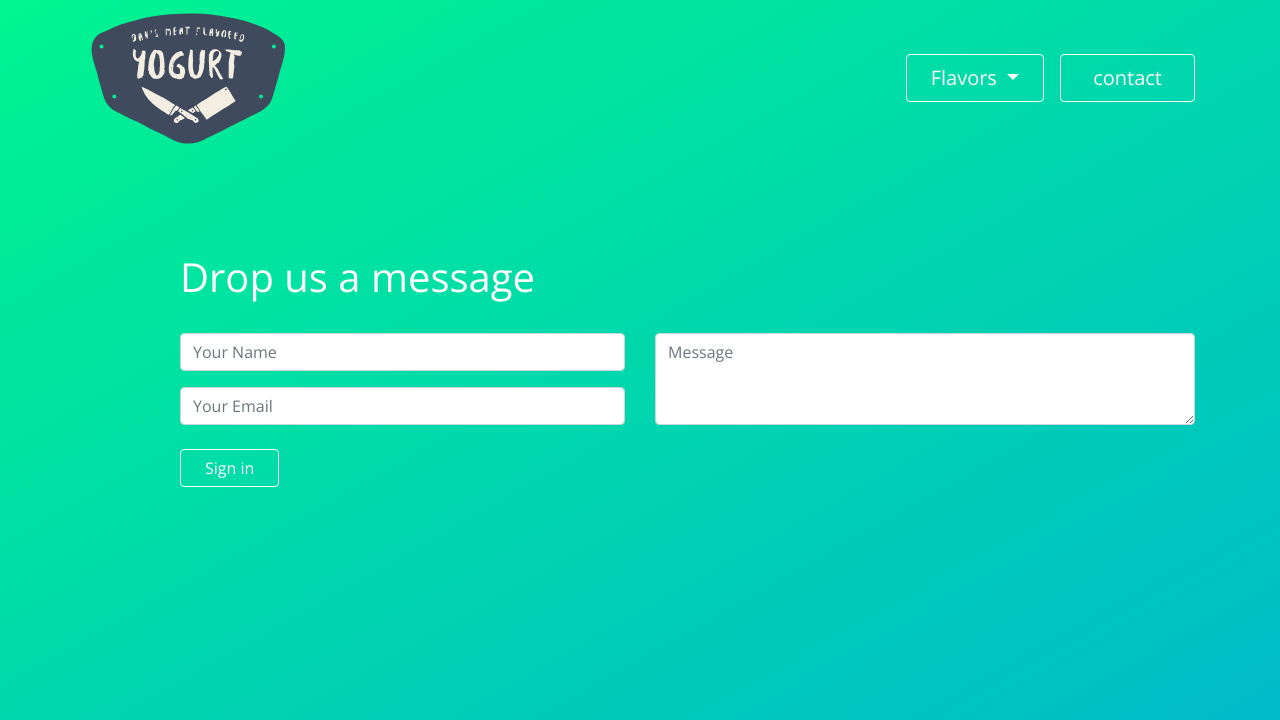
Repository: hoangnam180/Huyen
Page: Form.html
The author's editor kept a copy of each file at every save. The page is drawn from the files as they stood at one save, then again after the next save.
The browser window is 1280 px wide. The pictures show the whole page.

Above is the page before, as saved 2021-12-03 19:15:51.
Not found: space.scss

### Form.html
<!doctype html>
<html lang="en">

<head>
  <title>Title</title>
  <!-- Required meta tags -->
  <meta charset="utf-8">
  <meta name="viewport" content="width=device-width, initial-scale=1, shrink-to-fit=no">

  <!-- Bootstrap CSS -->
  <link rel="stylesheet" href="https://stackpath.bootstrapcdn.com/bootstrap/4.3.1/css/bootstrap.min.css"
    integrity="sha384-ggOyR0iXCbMQv3Xipma34MD+dH/1fQ784/j6cY/iJTQUOhcWr7x9JvoRxT2MZw1T" crossorigin="anonymous">
  <link rel="stylesheet" href="space.scss">
  <link rel="stylesheet" href="style.css">
  <link rel="preconnect" href="https://fonts.googleapis.com">
  <link rel="preconnect" href="https://fonts.gstatic.com" crossorigin>
  <link href="https://fonts.googleapis.com/css2?family=Abril+Fatface&family=Open+Sans:wght@300;400&display=swap"
    rel="stylesheet">
</head>

<body>
  <div class="container">
    <nav class="navbar navbar-expand-lg navbar-light pr-0 pl-0 ">
      <!-- logo -->
      <a class="navbar-brand " href="#"><img src="images/logo-dans-meat-yogurt.svg" width="207.49" height="130.59"
          alt="logo"></a>
      <!-- logo end -->
      <button class="navbar-toggler border border-white" type="button" data-toggle="collapse"
        data-target="#navbarNavDropdown" aria-controls="navbarNavDropdown" aria-expanded="false"
        aria-label="Toggle navigation">
        <span class="navbar-toggler-icon"></span>
      </button>
      <div class="collapse navbar-collapse" id="navbarNavDropdown">
        <!-- nav -->
        <ul class="navbar-nav ml-auto rounded ">
          <li class="nav-item dropdown border border border-white mr-2 rounded ">
            <a class="nav-link dropdown-toggle text-center text-white pr-4 pl-4" href="#" id="navbarDropdownMenuLink" role="button"
              data-toggle="dropdown" aria-expanded="false">
              Flavors
            </a>
            <div class="dropdown-menu" aria-labelledby="navbarDropdownMenuLink">
              <a class="dropdown-item" href="#">Action</a>
              <a class="dropdown-item" href="#">Another action</a>
              <a class="dropdown-item" href="#">Something else here</a>
              <a class="dropdown-item" href="#">Action</a>
            </div>
          </li>
          <li class="nav-item border border-white ml-2 px-2 rounded ">
            <a class="nav-link text-center text-white  pr-4 pl-4" href="contact.html">contact</a>
          </li>
        </ul>
      </div>
    </nav>
    <!-- end nav -->
    <div class="form">
        <div class="row ">
            <div class="col-11 offset-1 mt-5"><h1 class="text-white mt-5">Drop us a message</h1></div>
        </div>
        <div class="row mt-4">
            <div class="col-12 col-md-5 offset-1">
                <div class="row flex-column">
                    <div class="col">
                        <input type="email" class="form-control" placeholder = "Your Name">
                    </div>
                    <div class="col">
                        <input type="text" id="" class="form-control mt-3" placeholder="Your Email">
                    </div>
                </div>
            </div>
            <div class="col-12 offset-1 offset-md-0 mt-3 mt-md-0 col-md-6 ">
                <textarea style="height: 100%;" class="form-control" placeholder="Message"></textarea>
            </div>
        </div>
        <div class="row mt-4 ">
            <div class="col-6 offset-1">
                <button type="submit" class="btn bg-transparent border border-white pr-4 pl-4 text-white">Sign in</button>
            </div>
        </div>
    </div>
  </div>

  <!-- Optional JavaScript -->
  <!-- jQuery first, then Popper.js, then Bootstrap JS -->
  <script src="https://code.jquery.com/jquery-3.3.1.slim.min.js"
    integrity="sha384-q8i/X+965DzO0rT7abK41JStQIAqVgRVzpbzo5smXKp4YfRvH+8abtTE1Pi6jizo"
    crossorigin="anonymous"></script>
  <script src="https://cdnjs.cloudflare.com/ajax/libs/popper.js/1.14.7/umd/popper.min.js"
    integrity="sha384-UO2eT0CpHqdSJQ6hJty5KVphtPhzWj9WO1clHTMGa3JDZwrnQq4sF86dIHNDz0W1"
    crossorigin="anonymous"></script>
  <script src="https://stackpath.bootstrapcdn.com/bootstrap/4.3.1/js/bootstrap.min.js"
    integrity="sha384-JjSmVgyd0p3pXB1rRibZUAYoIIy6OrQ6VrjIEaFf/nJGzIxFDsf4x0xIM+B07jRM"
    crossorigin="anonymous"></script>
</body>

</html>

### style.css
body{
    background:linear-gradient(to bottom right, #00F490, #00BBC9);
    background-attachment: fixed;
    font-size: 1.25rem;
    font-family:'Open Sans', sans-serif;
}
h5.card-title{
    color: #00F490;
}
h1.display-4{
    font-size: 4.2rem;
    text-shadow: 1px 0px 1px #000000;
    font-family: 'Abril Fatface', cursive;
}
p.lead{
    font-size: 2.25rem;
}
a.btn-outline-light{
    font-size: 1.18rem;
}
.img-top{

    border-radius: 10px 0px 0px 10px;
}
.text-top{
    border-radius: 0px 10px 10px 0px ;
}
span.next{
    margin-right: 100px;
}

.form-control:placeholder{
    color: #00F490;
}
@media (min-width: 768px) {
    .bg-white-md{
        background-color: white !important;
    }
    .text-black-md{
       color: #000 !important;
    }

}

After the next save:
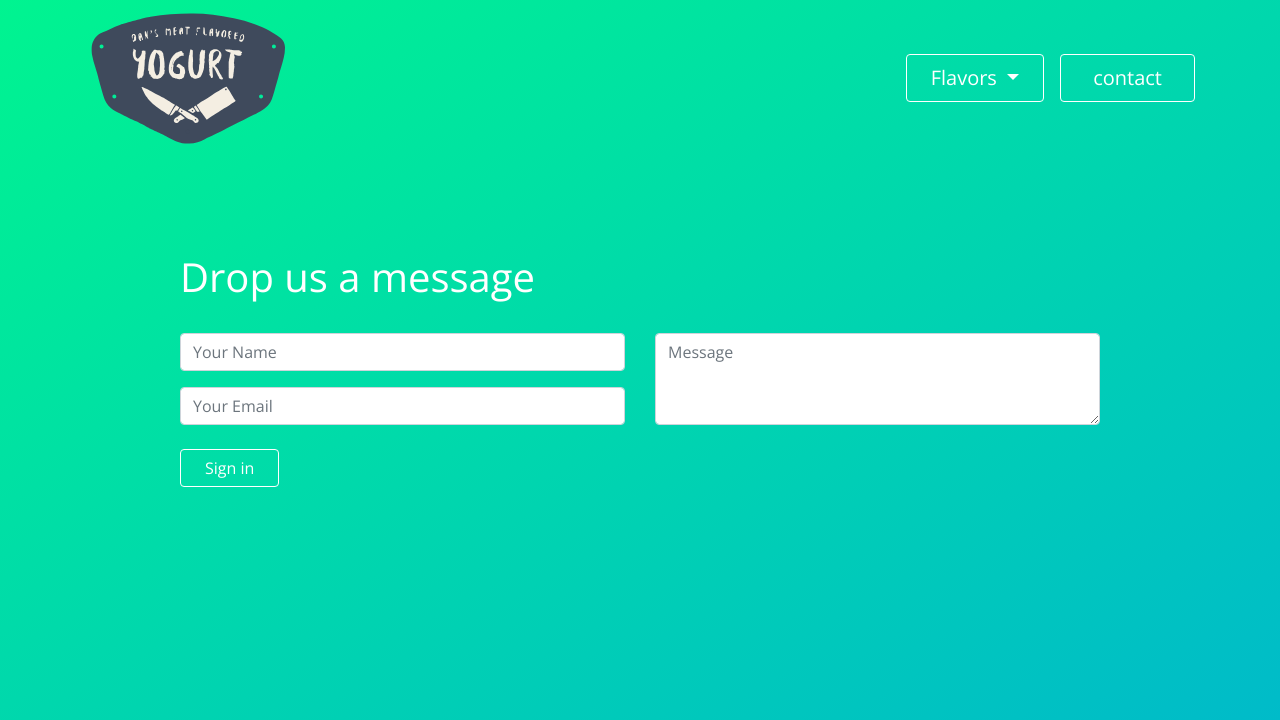
Saved 11 s later.
--- a/Form.html
+++ b/Form.html
@@ -67,7 +67,7 @@
                     </div>
                 </div>
             </div>
-            <div class="col-12 offset-1 offset-md-0 mt-3 mt-md-0 col-md-6 ">
+            <div class="col-12 offset-1 offset-md-0 mt-3 mt-md-0 col-md-5 ">
                 <textarea style="height: 100%;" class="form-control" placeholder="Message"></textarea>
             </div>
         </div>

After the save that followed:
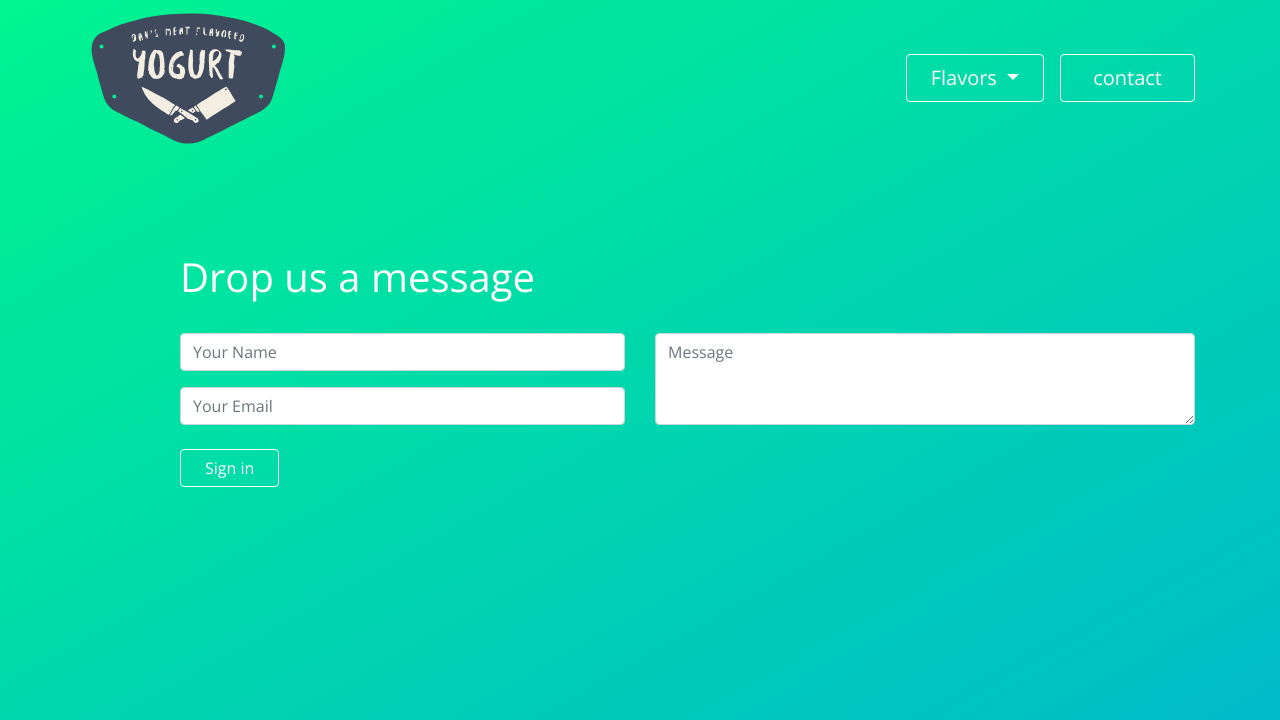
Saved 15 s later.
--- a/Form.html
+++ b/Form.html
@@ -67,7 +67,7 @@
                     </div>
                 </div>
             </div>
-            <div class="col-12 offset-1 offset-md-0 mt-3 mt-md-0 col-md-5 ">
+            <div class="col-12 offset-1 offset-md-0 mt-3 mt-md-0 col-md-6 ">
                 <textarea style="height: 100%;" class="form-control" placeholder="Message"></textarea>
             </div>
         </div>
